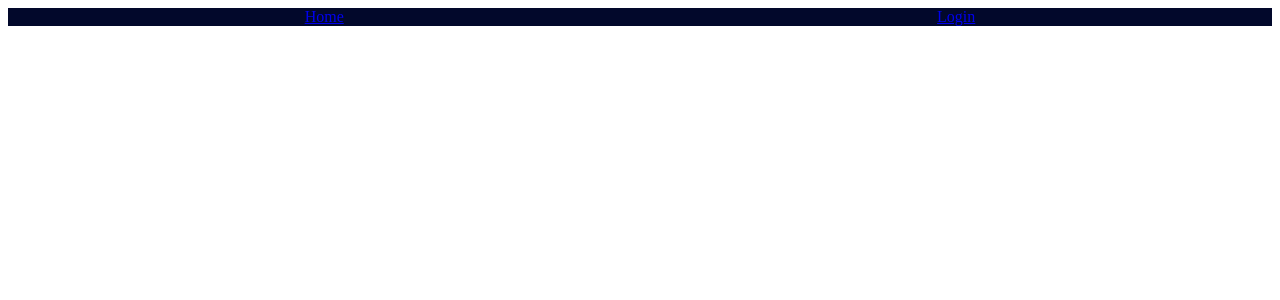
Repository: albinsabu2023/postapp
Page: /login
These files come from the project's save history. The page is drawn as it stood at one moment and after a run of saves; the edit follows.
The browser window is 1280 px wide. The pictures show the whole page.
The project was rebuilt for these pictures with package versions that can differ from the ones it lists, and the page was loaded fresh each time. Also part of the build but not shown: src/Components/Home.tsx.

Above is the page before, as saved 2024-02-05 00:05:28.

### src/App.tsx
import  {BrowserRouter as Router,Routes,Route} from "react-router-dom"
import './App.css';
import Home from "./Components/Home";
import Login from "./Components/Login";
import Navbar from "./Components/Navbar";


function App() {
  return (
    <div className="App">
      <Router>
         <Navbar/>
        <Routes>
          <Route path ="/" element={<Home/>}/>
          <Route path="/login" element={<Login/>}/>
        </Routes>
      </Router>
    </div>
  );
}

export default App;

### src/Components/Login.tsx
import React from 'react'

function Login() {
  return (
    <div>

    </div>
  )
}

export default Login

### src/Components/Navbar.tsx
import React from 'react'
import { Link } from 'react-router-dom'
import  "./Navbar.css"
function Navbar() {
  return (
    <div className="navContainer">
        <Link to ="/">Home</Link>
        <Link to ="Login">Login</Link>
    </div>
  )
}

export default Navbar

### src/Components/Navbar.css
.navContainer{
    display: flex;
    align-items: center;
    justify-content: space-around;
    background-color: rgb(2, 8, 43);




}

Loaded but not shown: public/index.html (common file); src/index.tsx (common file); src/App.css (common file)

After the next 3 saves:
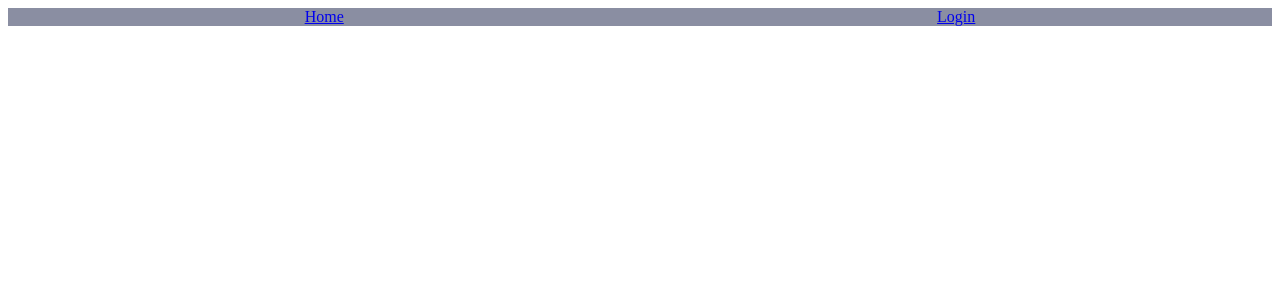
The 3 saves are shown as one change because they came seconds apart.
The last was saved 6 s later.
--- a/src/Components/Navbar.css
+++ b/src/Components/Navbar.css
@@ -2,7 +2,7 @@
     display: flex;
     align-items: center;
     justify-content: space-around;
-    background-color: rgb(2, 8, 43);
+    background-color: rgb(138, 142, 162);
 
 
 
